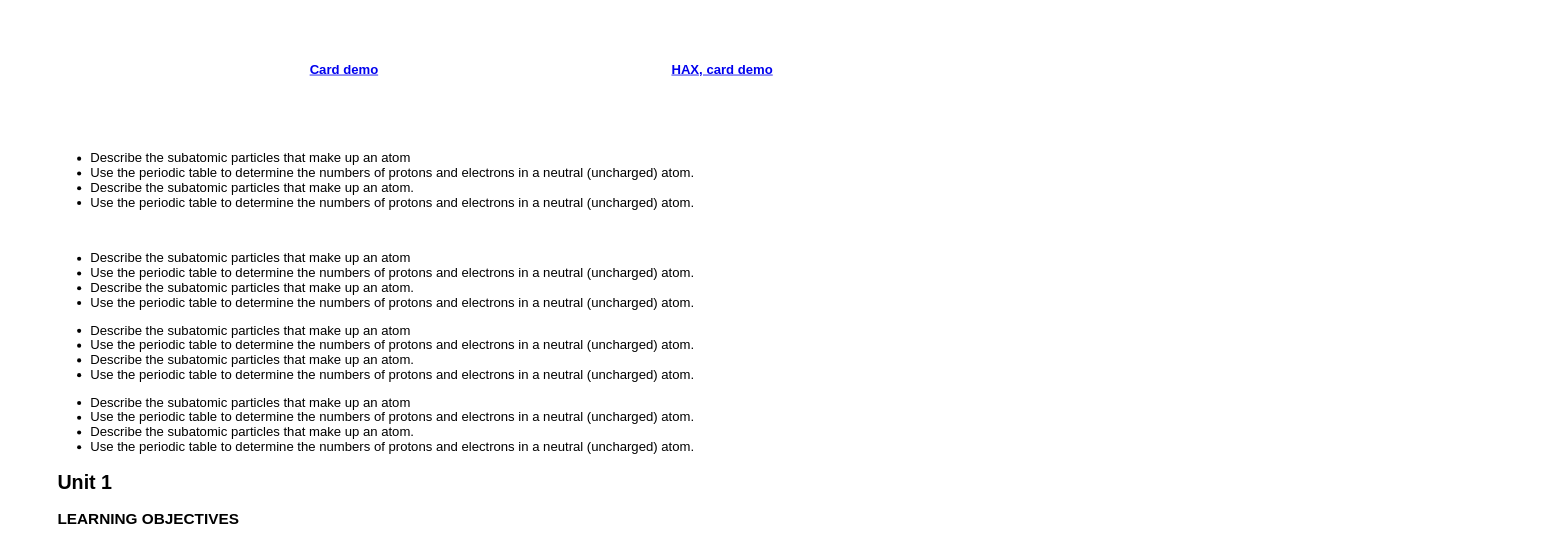
Repository: IST402/pj2temp
Page: index.html
These files come from the project's save history. The page is drawn as it stood at one moment and after the next save; the edit follows.
The browser window is 1280 px wide. The page is 1894 px wide, so the pictures cover 1894 px, including what lies to the right of the window. The pictures show the whole page, at 82% of full size.

Above is the page before, as saved 2021-10-28 20:27:25.
Console error: SyntaxError: Cannot use import statement outside a module

### index.html
<!doctype html>
<html lang="en">

<head>
  <meta charset="utf-8">
  <meta name="viewport" content="width=device-width, initial-scale=1.0, viewport-fit=cover" />
  <meta name="Description" content="Put your description here.">
  <base href="/">
  <link rel="preconnect" href="https://fonts.googleapis.com">
  <link rel="preconnect" href="https://fonts.gstatic.com" crossorigin>
  <link href="https://fonts.googleapis.com/css2?family=Open+Sans:wght@300;400;500&display=swap" rel="stylesheet">


  <style>
    html,body {
      margin: 0;
      padding: 10px;
      font-family: sans-serif;
    }
    .wrapper {
      margin: 50px;
    }
    .menu {
      display: flex;
      justify-content: space-evenly;
    }
    .menu li {
      display: inline-flex;
      font-weight: bold;
      padding: 40px;
    }
    learning-card.two::part(icon) {
      --learning-card-height: 150px;
      --learning-card-width: 150px;
      background-color: blue;
    }
    learning-card[type="science"]::part(icon) {
      width: 200px;
      height: 200px;
    }
    circle-button-fj {
      margin: 80%;
    }
  </style>
  <title>Project two: learning card</title>
</head>

<body>
  <ul class="menu">
    <li><a href="#">Card demo</a></li>
    <li><a href="/hax.html">HAX, card demo</a></li>
  </ul>
  <div class="wrapper">
    <learning-card type="chem">
      <div slot='content'>
        <ul>
          <li>Describe the subatomic particles that make up an atom</li>
          <li>
            Use the periodic table to determine the numbers of protons and
            electrons in a neutral (uncharged) atom.
          </li>
          <li>Describe the subatomic particles that make up an atom.</li>
          <li>
            Use the periodic table to determine the numbers of protons and
            electrons in a neutral (uncharged) atom.
          </li>
        </ul>
          <circle-button-fj
              title="Help"
              description="Click here"
              link="https://quizlet.com/latest"
          ></circle-button-fj>
      </div>
    </learning-card>
    <learning-card type="know">
      <div slot='content'>
        <ul>
          <li>Describe the subatomic particles that make up an atom</li>
          <li>
            Use the periodic table to determine the numbers of protons and
            electrons in a neutral (uncharged) atom.
          </li>
          <li>Describe the subatomic particles that make up an atom.</li>
          <li>
            Use the periodic table to determine the numbers of protons and
            electrons in a neutral (uncharged) atom.
          </li>
        </ul>
      </div>
    </learning-card>
    <learning-card type="objectives">
      <div slot='content'>
        <ul>
          <li>Describe the subatomic particles that make up an atom</li>
          <li>
            Use the periodic table to determine the numbers of protons and
            electrons in a neutral (uncharged) atom.
          </li>
          <li>Describe the subatomic particles that make up an atom.</li>
          <li>
            Use the periodic table to determine the numbers of protons and
            electrons in a neutral (uncharged) atom.
          </li>
        </ul>
      </div>
    </learning-card>
    <learning-card type="default test">
      <div slot='content'>
        <ul>
          <li>Describe the subatomic particles that make up an atom</li>
          <li>
            Use the periodic table to determine the numbers of protons and
            electrons in a neutral (uncharged) atom.
          </li>
          <li>Describe the subatomic particles that make up an atom.</li>
          <li>
            Use the periodic table to determine the numbers of protons and
            electrons in a neutral (uncharged) atom.
          </li>
        </ul>
      </div>
    </learning-card>


    <lc-frame type="CHEM CONNECTION">

    </lc-frame>

    <lc-header type="DID YOU KNOW?">
      <lc-icon type="DID YOU KNOW?" slot="icon"></lc-icon>
            <h2 id="main-header" slot="heading">Unit 1</h2>
            <h3 id="sub-header" slot="subHeading">LEARNING OBJECTIVES</h3>
    </lc-header>


  </div>
  <script type="module">
    import "./src/app.js";
    // eslint-disable-next-line import/no-extraneous-dependencies
    import '@3b4b/circle-button-fj/circle-button-fj';
  </script>
  <script type="text/javascript" src="src/LCicon.js"></script>
  <script type="text/javascript" src="src/LCheader.js"></script>
  <script type="text/javascript" src="src/LCframe.js"></script>
</body>

</html>

### src/LCheader.js
/* eslint-disable no-unused-vars */
import { html, css } from 'lit';
import { SimpleColors } from '@lrnwebcomponents/simple-colors/simple-colors';

export class LCheader extends SimpleColors {
  constructor() {
    super();
    this.accentColor = 'blue';
  }

  static get tag() {
    return 'lc-header';
  }

  static get properties() {
    return {
      ...super.properties,
      image: { type: String, attribute: 'image' },
      type: { type: String, reflect: true },
    };
  }

  updated(changedProperties) {
    changedProperties.forEach((oldValue, propName) => {
      if (propName === 'type' && this[propName] === 'chem') {
        this.accentColor = 'green';
      } else if (propName === 'type' && this[propName] === 'know') {
        this.accentColor = 'blue';
      } else if (propName === 'type' && this[propName] === 'objectives') {
        this.accentColor = 'orange';
      }
    });
  }

  static get styles() {
    return [
      ...super.styles,
      css`
        :host {
          background-color: var(--simple-colors-default-theme-accent-7);
        }
        :host([dark]) #banner {
          background-color: var(--simple-colors-default-theme-accent-3);
        }
        .banner {
          background-color: var(--simple-colors-default-theme-accent-7);
          display: flex;
          flex-direction: row;
          color: white;
          font-family: 'Open Sans', sans-serif;
          margin: 0px;
          border: 1px, solid, var(--simple-colors-default-theme-accent-7);
        }
        .grid {
          display: grid;
          grid-template-columns: 1fr 4fr;
          align-items: center;
          grid-gap: 10px;
        }
      `,
    ];
  }

  render() {
    // Banner
    return html`
      <div class="banner">
        <div class="grid">
          <div class="gridItem">
            <slot name="icon"></slot>
          </div>
          <div class="gridItem">
            <slot name="main-header"></slot>
            <slot name="sub-header"></slot>
          </div>
          </div>
        </div>
      </div>
    `;
  }
}
customElements.define(LCheader.tag, LCheader);

### src/LCframe.js
/* eslint-disable no-unused-vars */
import { html, css } from 'lit';
import { SimpleColors } from '@lrnwebcomponents/simple-colors/simple-colors';

export class LCframe extends SimpleColors {
  constructor() {
    super();
    this.dark = false;
  }

  static get tag() {
    return 'lc-frame';
  }

  static get properties() {
    return {
      ...super.properties,
      type: { type: String, reflect: true },
    };
  }

  static get styles() {
    return [
      ...super.styles,
      css`
        :host {
          display: block;
        }

        #content {
          background-color: white;
          border: 1px solid black;
          border-top: transparent;
          padding-top: 5px;
          padding-bottom: 5px;
          padding-left: 150px;
          margin: 0px;
        }

        ul {
          margin: 0px;
          padding: 0px;
        }
      `,
    ];
  }

  render() {
    // Scaffold card
    return html`
      <div id="top-card">
        <slot name="top-card"></slot>
      </div>
      <div id="content">
        <slot name="content"></slot>
      </div>
    `;
  }
}
customElements.define(LCframe.tag, LCframe);

Loaded but not shown: src/LCicon.js (no copy from this time; the picture is the same without it)

After the next save:
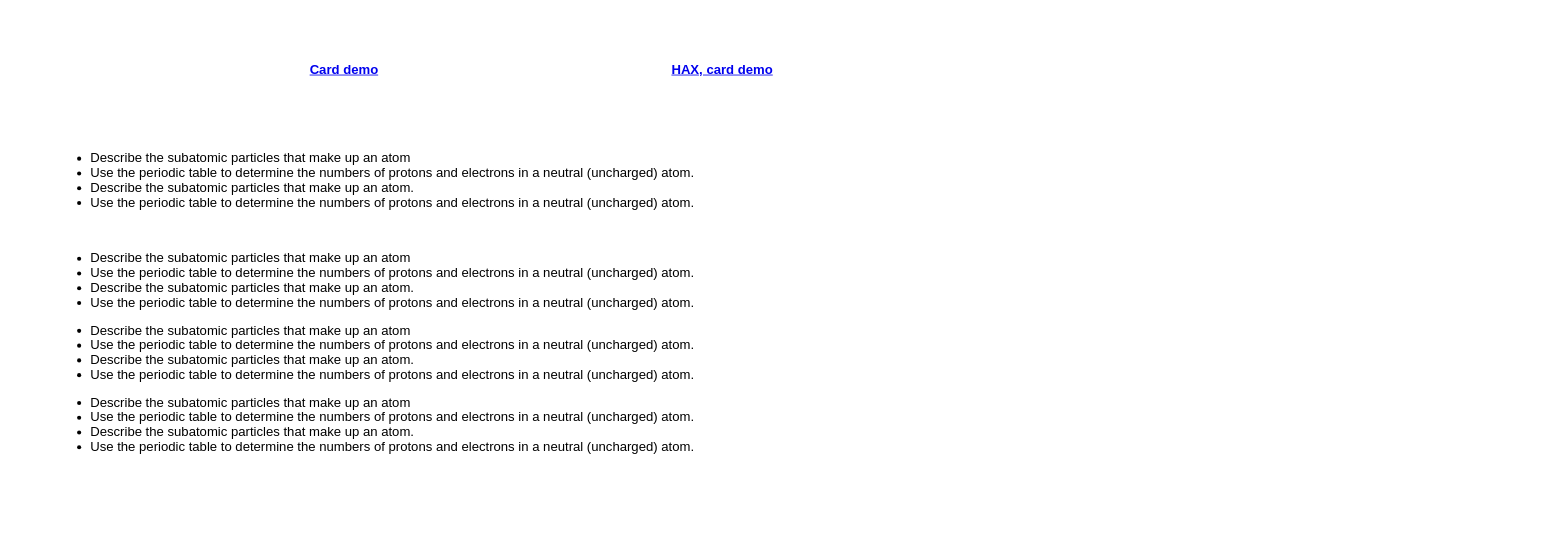
Saved 9 s later.
--- a/index.html
+++ b/index.html
@@ -126,11 +126,11 @@
 
     </lc-frame>
 
-    <lc-header type="DID YOU KNOW?">
+    <!-- <lc-header type="DID YOU KNOW?">
       <lc-icon type="DID YOU KNOW?" slot="icon"></lc-icon>
             <h2 id="main-header" slot="heading">Unit 1</h2>
             <h3 id="sub-header" slot="subHeading">LEARNING OBJECTIVES</h3>
-    </lc-header>
+    </lc-header> -->
 
 
   </div>
